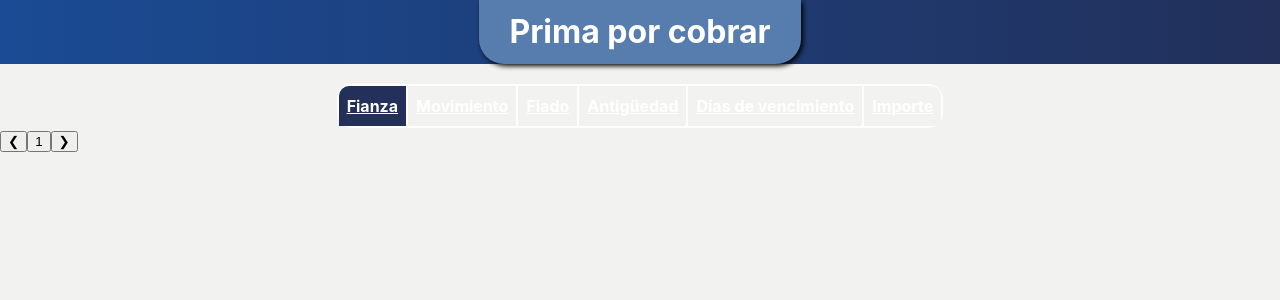
Repository: PCGP22/prueba-t-cnica-liberty-finanzas
Page: / (app in Prueba técnica full-stack/client/)
The author's editor kept a copy of each file at every save. The page is drawn from the files as they stood at one save, then again after the next save.
The browser window is 1280 px wide. The pictures show the whole page.
The pointer rests on the first visible `table tr th:first-child`.
The page's requests for data from a server got no answer. The project was rebuilt for these pictures with package versions that can differ from the ones it lists, and the page was loaded fresh each time. No one was signed in, and anything a server would have sent is missing. Also part of the build but not shown: Prueba técnica full-stack/client/vite.config.js, Prueba técnica full-stack/client/src/components/Card.jsx, Prueba técnica full-stack/client/src/components/CardsContainer.jsx, Prueba técnica full-stack/client/src/components/Filters.jsx.

Above is the page before, as saved 2023-11-14 08:19:58.

After the next save:
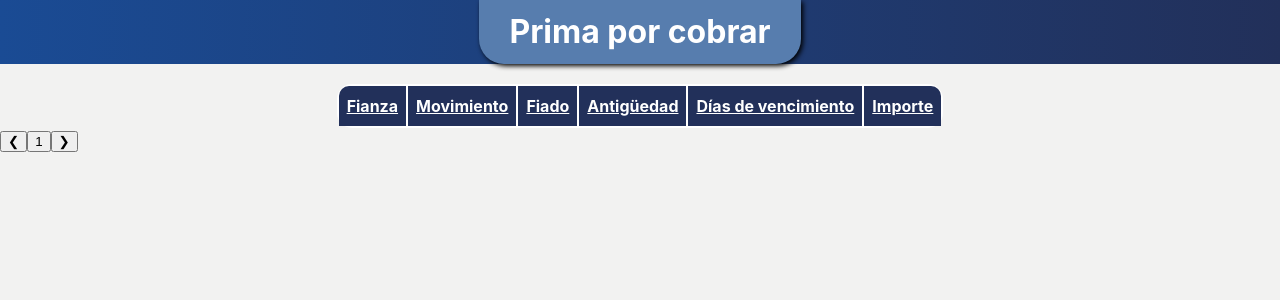
Saved 39 s later.
--- a/Prueba técnica full-stack/client/src/index.css
+++ b/Prueba técnica full-stack/client/src/index.css
@@ -170,6 +170,6 @@ table tr:nth-child(2n-1):hover{
   background-color: var(--background-color);
 }
 
-table tr th:first-child:hover{
+table tr:first-child:hover{
   background-color:var(--darkest-blue)
 }
